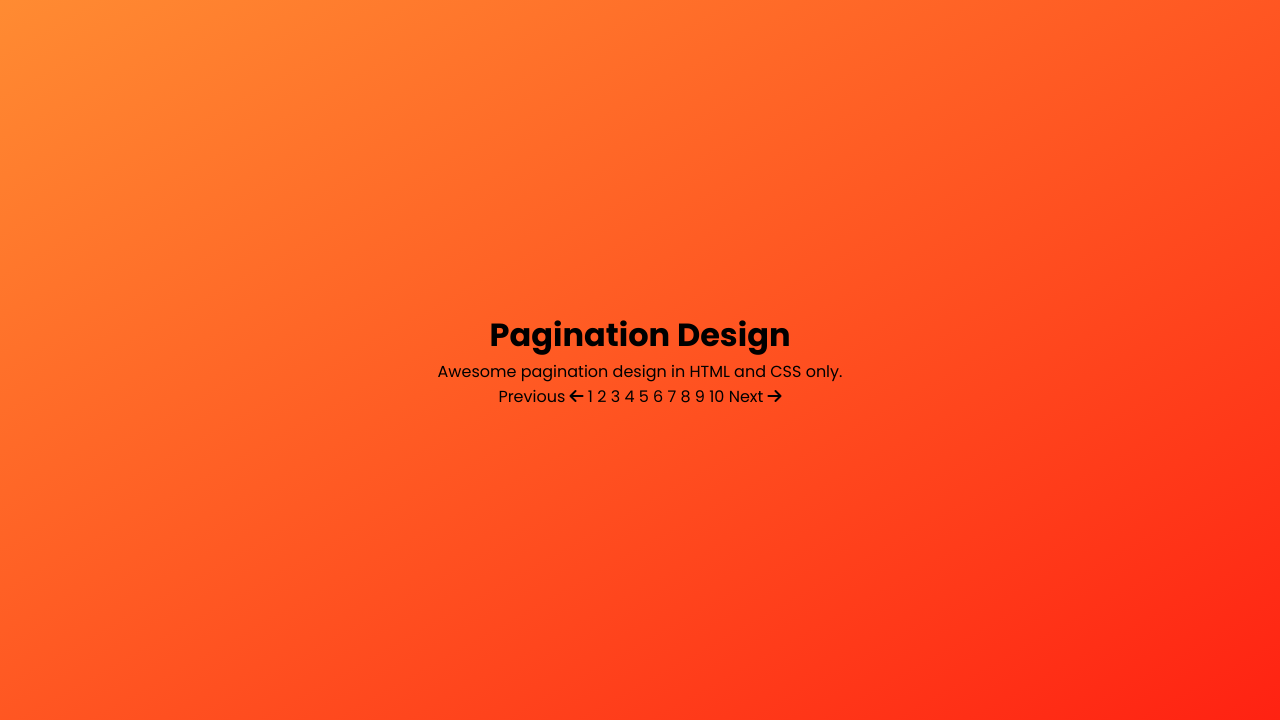
Repository: Ankitkr2021/Awesome-Pagination
Page: index.html
The author's editor kept a copy of each file at every save. The page is drawn from the files as they stood at one save, then again after the next save.
The browser window is 1280 px wide. The pictures show the whole page.

Above is the page before, as saved 2025-10-02 08:56:44.

After the next save:
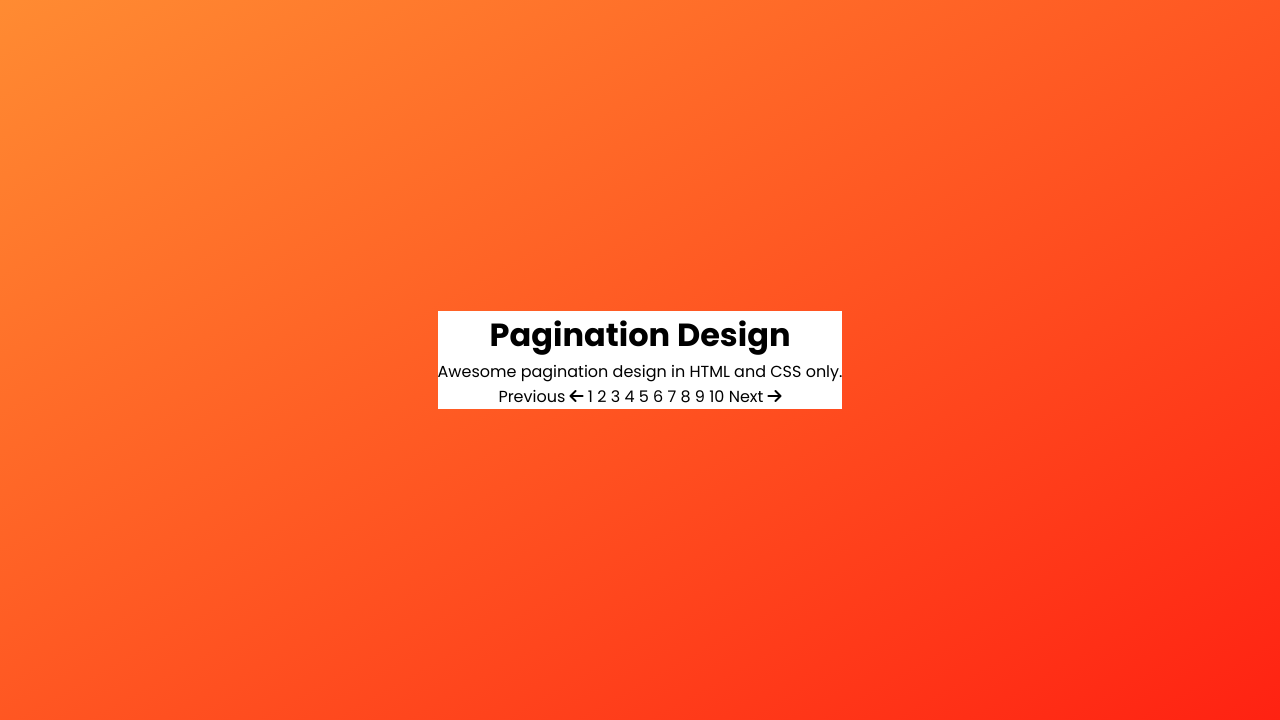
Saved 14 s later.
--- a/style.css
+++ b/style.css
@@ -21,4 +21,5 @@ body{
    justify-content: center;
    align-items: center;
    flex-direction: column;
+   background: #fff;
 }
